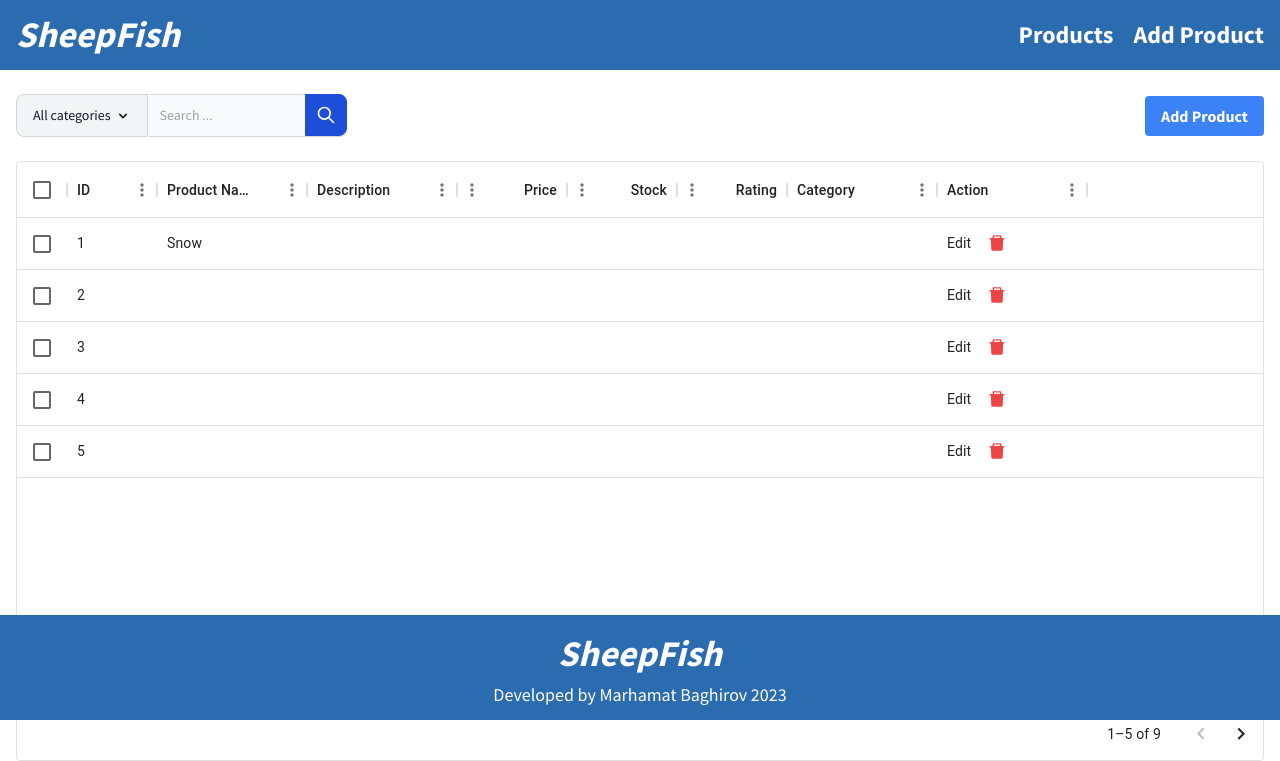
Repository: Marhamat92/sheep-fish-task
Page: /
These files come from the project's save history. The page is drawn as it stood at one moment and after the next save; the edit follows.
The browser window is 1280 px wide. The pictures show the whole page.
The project was rebuilt for these pictures with package versions that can differ from the ones it lists, and the page was loaded fresh each time. Also part of the build but not shown: src/App.css.

Above is the page before, as saved 2023-03-28 19:22:39.

After the next save:
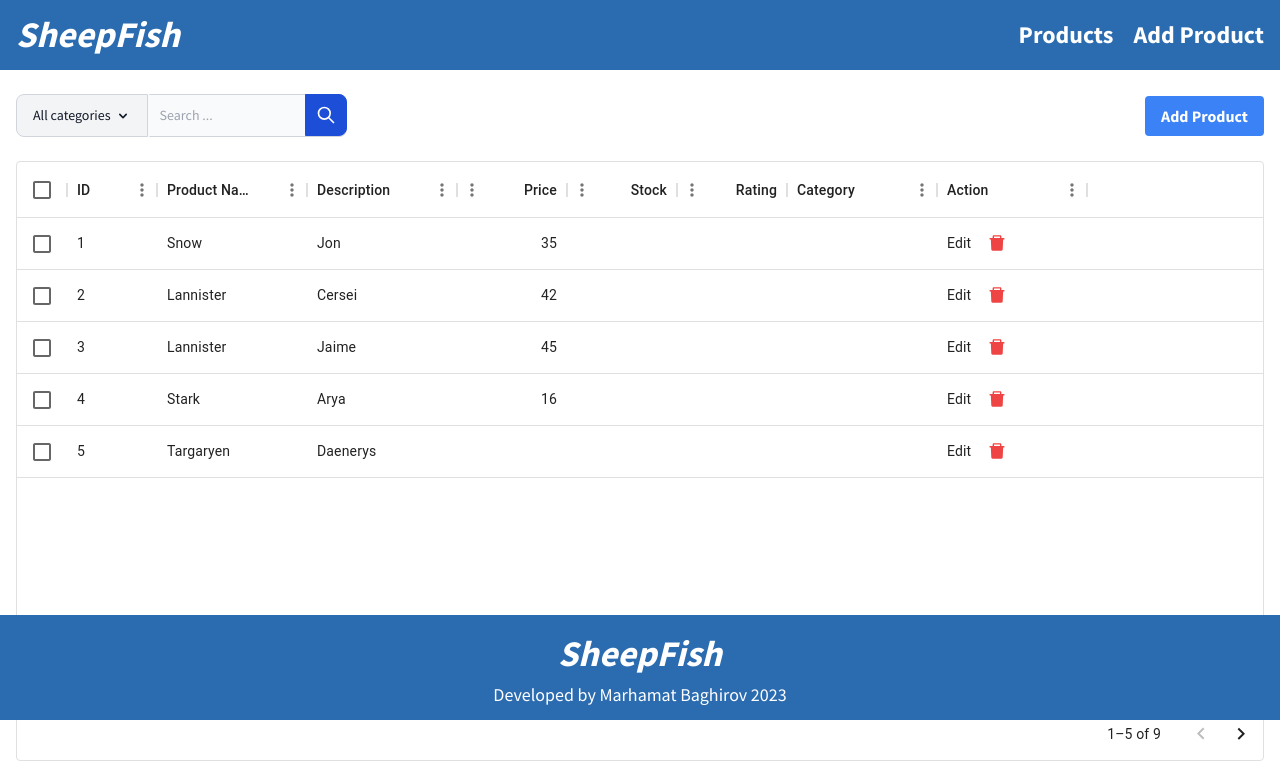
Saved 45 s later.
--- a/src/pages/Products/ProductList.tsx
+++ b/src/pages/Products/ProductList.tsx
@@ -6,15 +6,15 @@
 
 function ProductList({}: Props) {
   const rows = [
-    { id: 1, name: "Snow", firstName: "Jon", age: 35 },
-    { id: 2, lastName: "Lannister", firstName: "Cersei", age: 42 },
-    { id: 3, lastName: "Lannister", firstName: "Jaime", age: 45 },
-    { id: 4, lastName: "Stark", firstName: "Arya", age: 16 },
-    { id: 5, lastName: "Targaryen", firstName: "Daenerys", age: null },
-    { id: 6, lastName: "Melisandre", firstName: null, age: 150 },
-    { id: 7, lastName: "Clifford", firstName: "Ferrara", age: 44 },
-    { id: 8, lastName: "Frances", firstName: "Rossini", age: 36 },
-    { id: 9, lastName: "Roxie", firstName: "Harvey", age: 65 },
+    { id: 1, name: "Snow", description: "Jon", price: 35 },
+    { id: 2, name: "Lannister", description: "Cersei", price: 42 },
+    { id: 3, name: "Lannister", description: "Jaime", price: 45 },
+    { id: 4, name: "Stark", description: "Arya", price: 16 },
+    { id: 5, name: "Targaryen", description: "Daenerys", price: null },
+    { id: 6, name: "Melisandre", description: null, price: 150 },
+    { id: 7, name: "Clifford", description: "Ferrara", price: 44 },
+    { id: 8, name: "Frances", description: "Rossini", price: 36 },
+    { id: 9, name: "Roxie", description: "Harvey", price: 65 },
   ];
 
   return (
